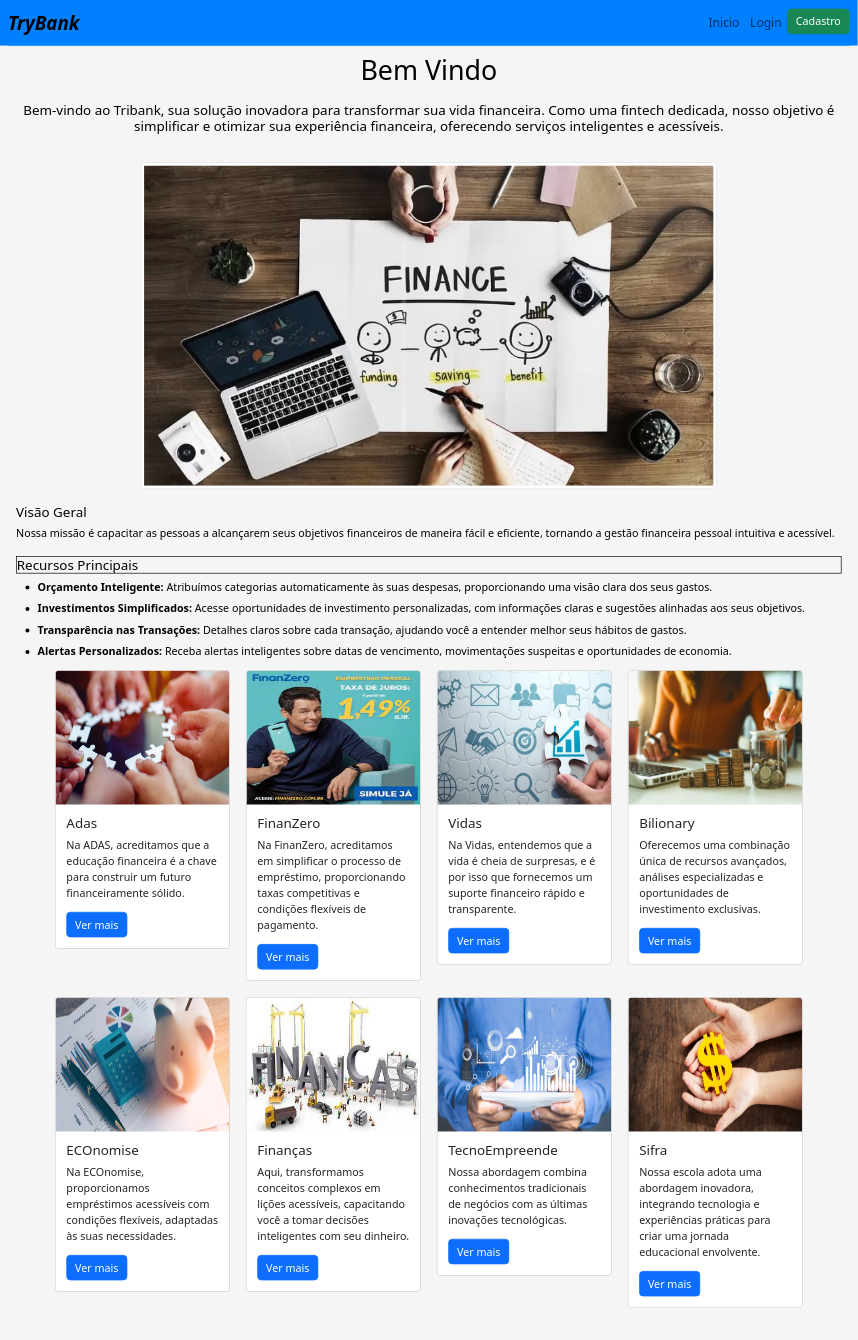
Repository: Rara05/FintechJava-Fiap
Page: http://localhost/Fintech/home.jsp
The author's editor kept a copy of each file at every save. The page is drawn from the files as they stood at one save, then again after the next save.
The browser window is 1280 px wide. The pictures show the whole page, at 67% of full size.
The page is served by Tomcat 10. Other server files are loaded and not shown.

Above is the page before, as saved 2023-11-10 22:59:28.

### Fintech/WebContent/home.jsp
<%@ page language="java" contentType="text/html; charset=ISO-8859-1" pageEncoding="ISO-8859-1"%>
<!DOCTYPE html PUBLIC "-//W3C//DTD HTML 4.01 Transitional//EN" "http://www.w3.org/TR/html4/loose.dtd">
<html>
<head>
    <meta http-equiv="Content-Type" content="text/html; charset=ISO-8859-1">

    <!-- link css -->
    <link rel="stylesheet" type="text/css" href="modelo.css">

    <title>TryBank</title>
    <%@ include file="header.jsp" %>

</head>
<body class="princ">

<%@ include file="menu.jsp" %>

<div class="container-fluid">

    <h1 class="text-center" style="margin-top: 12px;" >Bem Vindo</h1>




    <h5 class="text-center" style="margin-top: 24px; margin-bottom: 20px;">

      Bem-vindo ao Tribank, sua solução inovadora para transformar sua vida financeira.
      Como uma fintech dedicada, nosso objetivo é simplificar e otimizar sua experiência financeira, oferecendo serviços inteligentes e acessíveis.

    </h5>

    <p class="text-center">
        <img src="./img/Taunb.png" class="img-fluid img-thumbnail" style="margin-top: 22px;">
    </p>




<div class="container-fluid" >

      	<h5 style="margin-top: 22px; ">Visão Geral</h5>

      <p>

      Nossa missão é capacitar as pessoas a alcançarem seus objetivos financeiros de maneira fácil e eficiente,
      tornando a gestão financeira pessoal intuitiva e acessível.

      </p>



		<h5 class="recurso" style="margin-top: 22px; border: 1px solid #000;">Recursos Principais</h5>
    <ul>
        <li style="margin-top: 8px;"><strong>Orçamento Inteligente:</strong> Atribuímos categorias automaticamente às suas despesas, proporcionando uma visão clara dos seus gastos.</li>
        <li style="margin-top: 8px;"><strong>Investimentos Simplificados:</strong> Acesse oportunidades de investimento personalizadas, com informações claras e sugestões alinhadas aos seus objetivos.</li>
        <li style="margin-top: 8px;"><strong>Transparência nas Transações:</strong> Detalhes claros sobre cada transação, ajudando você a entender melhor seus hábitos de gastos.</li>
        <li style="margin-top: 8px;"><strong>Alertas Personalizados:</strong> Receba alertas inteligentes sobre datas de vencimento, movimentações suspeitas e oportunidades de economia.</li>
    </ul>

</div>



<!-- cards propagandas  -->

<div class="container" style="margin-top: 12px; margin-bottom: 24px;">
    <div class="row justify-content-center">
        <div class="col-sm-12 col-md-6 col-lg-4 col-xl-3"style= "margin-bottom: 24px">
            <div class="card">
                <img src="./img/adas.png" class="card-img-top" alt="..." style="width: 100%; height: 200px;">
                <div class="card-body">
                    <h5 class="card-title">Adas</h5>
                    <p class="card-text">Na ADAS, acreditamos que a educação financeira é a chave para construir um futuro financeiramente sólido.</p>
                    <a href="#" class="btn btn-primary">Ver mais</a>
                </div>
            </div>
        </div>

        <div class="col-sm-12 col-md-6 col-lg-4 col-xl-3"style= "margin-bottom: 24px">
            <div class="card">
                <img src="./img/selso.png" class="card-img-top" alt="..." style="width: 100%; height: 200px;">
                <div class="card-body">
                    <h5 class="card-title">FinanZero</h5>
                    <p class="card-text">Na FinanZero, acreditamos em simplificar o processo de empréstimo, proporcionando taxas competitivas e condições flexíveis de pagamento.</p>
                    <a href="#" class="btn btn-primary">Ver mais</a>
                </div>
            </div>
        </div>

        <div class="col-sm-12 col-md-6 col-lg-4 col-xl-3"style= "margin-bottom: 24px">
            <div class="card">
                <img src="./img/vidas.png" class="card-img-top" alt="..." style="width: 100%; height: 200px;">
                <div class="card-body">
                    <h5 class="card-title">Vidas</h5>
                    <p class="card-text">Na Vidas, entendemos que a vida é cheia de surpresas, e é por isso que fornecemos um suporte financeiro rápido e transparente.</p>
                    <a href="#" class="btn btn-primary">Ver mais</a>
                </div>
            </div>
        </div>

        <div class="col-sm-12 col-md-6 col-lg-4 col-xl-3"style= "margin-bottom: 24px">
            <div class="card">
                <img src="./img/Bilionary.png" class="card-img-top" alt="..." style="width: 100%; height: 200px;">
                <div class="card-body">
                    <h5 class="card-title">Bilionary</h5>
                    <p class="card-text">Oferecemos uma combinação única de recursos avançados, análises especializadas e oportunidades de investimento exclusivas. </p>
                    <a href="#" class="btn btn-primary">Ver mais</a>
                </div>
            </div>
        </div>
        <div class="col-sm-12 col-md-6 col-lg-4 col-xl-3"style= "margin-bottom: 24px">
            <div class="card">
                <img src="./img/ECOnomise.png" class="card-img-top" alt="..." style="width: 100%; height: 200px;">
                <div class="card-body">
                    <h5 class="card-title">ECOnomise</h5>
                    <p class="card-text">Na ECOnomise, proporcionamos empréstimos acessíveis com condições flexíveis, adaptadas às suas necessidades.</p>
                    <a href="#" class="btn btn-primary">Ver mais</a>
                </div>
            </div>
        </div>
        <div class="col-sm-12 col-md-6 col-lg-4 col-xl-3"style= "margin-bottom: 24px">
            <div class="card">
                <img src="./img/Financas.png" class="card-img-top" alt="..." style="width: 100%; height: 200px;">
                <div class="card-body">
                    <h5 class="card-title">Finanças</h5>
                    <p class="card-text">Aqui, transformamos conceitos complexos em lições acessíveis, capacitando você a tomar decisões inteligentes com seu dinheiro.</p>
                    <a href="#" class="btn btn-primary">Ver mais</a>
                </div>
            </div>
        </div>
        <div class="col-sm-12 col-md-6 col-lg-4 col-xl-3"style= "margin-bottom: 24px">
            <div class="card">
                <img src="./img/tecnologia.jpg" class="card-img-top" alt="..." style="width: 100%; height: 200px;">
                <div class="card-body">
                    <h5 class="card-title">TecnoEmpreende</h5>
                    <p class="card-text">Nossa abordagem combina conhecimentos tradicionais de negócios com as últimas inovações tecnológicas.</p>
                    <a href="#" class="btn btn-primary">Ver mais</a>
                </div>
            </div>
        </div>
        <div class="col-sm-12 col-md-6 col-lg-4 col-xl-3"style= "margin-bottom: 24px">
            <div class="card">
                <img src="./img/Sifra.png" class="card-img-top" alt="..." style="width: 100%; height: 200px;">
                <div class="card-body">
                    <h5 class="card-title">Sifra</h5>
                    <p class="card-text">Nossa escola adota uma abordagem inovadora, integrando tecnologia e experiências práticas para criar uma jornada educacional envolvente.</p>
                    <a href="#" class="btn btn-primary">Ver mais</a>
                </div>
            </div>
        </div>
    </div>
</div>

<%@ include file="footer.jsp" %>
</body>
</html>

### Fintech/WebContent/header.jsp
<link rel="stylesheet" type="text/css" href="resources/css/bootstrap.min.css">

### Fintech/WebContent/menu.jsp
<div id="marge" class="container-fluid">
<nav id="navegacao" class="navbar navbar-expand-lg ">

<!--inicio logo -->
      <a id="logo" class="navbar-brand" href="#">TryBank</a>
<!-- Fim da logo   -->

<!-- inicio Nav -->
    <button class="navbar-toggler" type="button" data-bs-toggle="collapse" data-bs-target="#navbarTogglerDemo01" aria-controls="navbarTogglerDemo01" aria-expanded="false" aria-label="Toggle navigation">
      <span class="navbar-toggler-icon"></span>
    </button>
    <div class="collapse navbar-collapse" id="navbarTogglerDemo01">
      <ul class="navbar-nav me-auto mb-2 mb-lg-0">

      </ul>
      <div  class="d-flex">
        <ul class="navbar-nav me-auto mb-2 mb-lg-0">
        <li class="nav-item">
          <a class="nav-link" href="#">Inicio</a>
        </li>
        <li class="nav-item">
          <a class="nav-link" href="#">Login</a>
        </li>
        <li class="nav-item">
          <a class="btn btn-success" href="#">Cadastro</a>
        </li>
        </ul>
      </div>
    </div>
</nav>
  </div>
<!-- fim da Nave -->

### Fintech/WebContent/footer.jsp
<script type="text/javascript" src="resources/js/jquery-3.7.1.min.js"></script>
<script type="text/javascript" src="resources/js/bootstrap.min.js"></script>

### Fintech/WebContent/modelo.css
@charset "ISO-8859-1";
/*Estilo do menu*/
#marge{
	background-color: rgb(0, 128, 255);

}


#navegacao {
	background-color: rgb(0, 128, 255);

}

#navbarTogglerDemo01{
	margin-left: 14px ;

}

.nav-item {
	font-size: 18px;
	font-weight: 500;
}

#logo {

    font-size: 28px;
    font-weight: 700;
    font-style: italic;
}



/*Estilo da Home*/
.princ {
	color:rgb(0, 0, 0);
	background-color: rgb(245, 245, 245);
}

.recurso{

	border: 2px dashed #00ff00;

}

Loaded but not shown: Fintech/WebContent/resources/css/bootstrap.min.css (library); Fintech/WebContent/resources/js/jquery-3.7.1.min.js (library); Fintech/WebContent/resources/js/bootstrap.min.js (library)

After the next save:
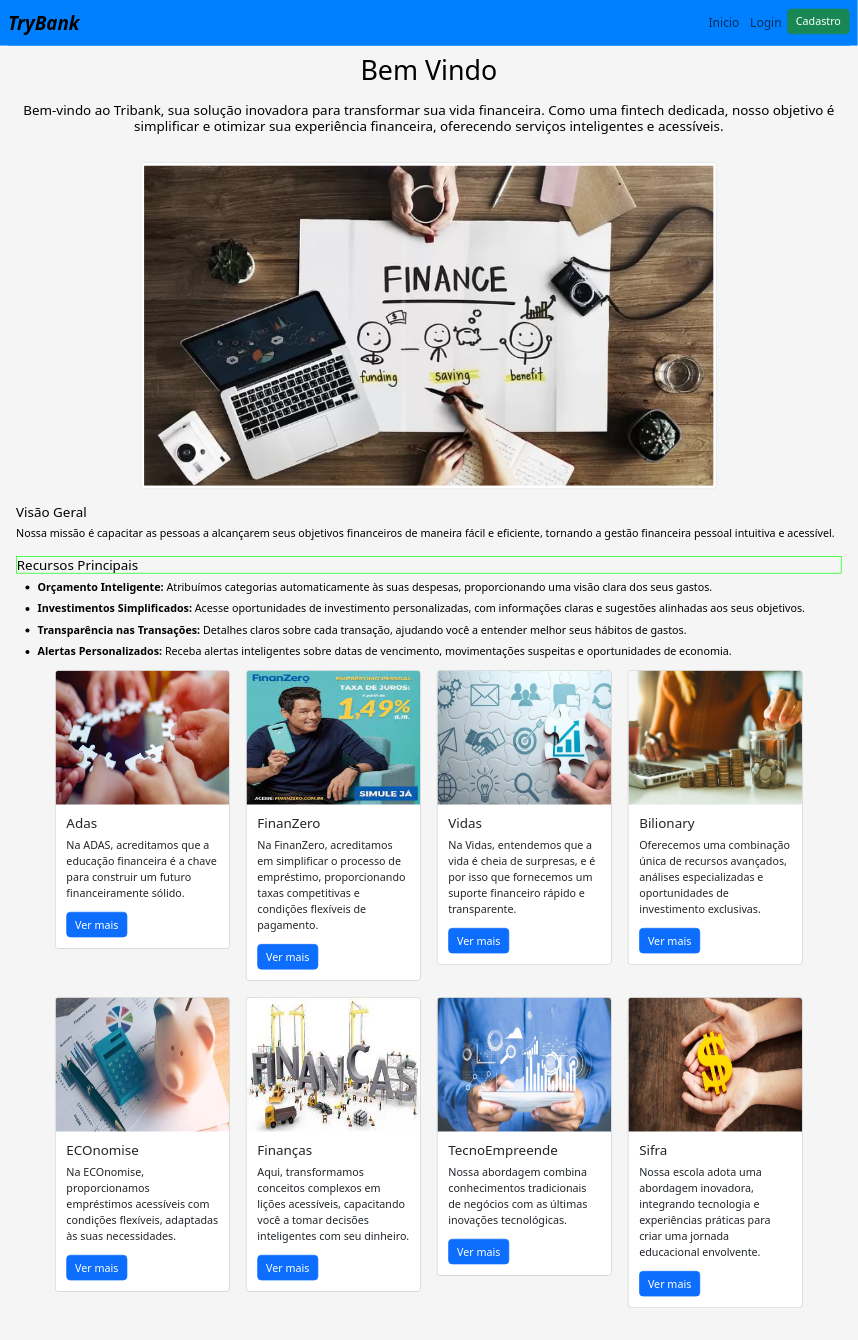
Saved 27 s later.
--- a/Fintech/WebContent/home.jsp
+++ b/Fintech/WebContent/home.jsp
@@ -49,7 +49,7 @@
 
 
 
-		<h5 class="recurso" style="margin-top: 22px; border: 1px solid #000;">Recursos Principais</h5>
+		<h5 class="recurso" style="margin-top: 22px; border: 1px solid #00ff00;">Recursos Principais</h5>
     <ul>
         <li style="margin-top: 8px;"><strong>Orçamento Inteligente:</strong> Atribuímos categorias automaticamente às suas despesas, proporcionando uma visão clara dos seus gastos.</li>
         <li style="margin-top: 8px;"><strong>Investimentos Simplificados:</strong> Acesse oportunidades de investimento personalizadas, com informações claras e sugestões alinhadas aos seus objetivos.</li>
